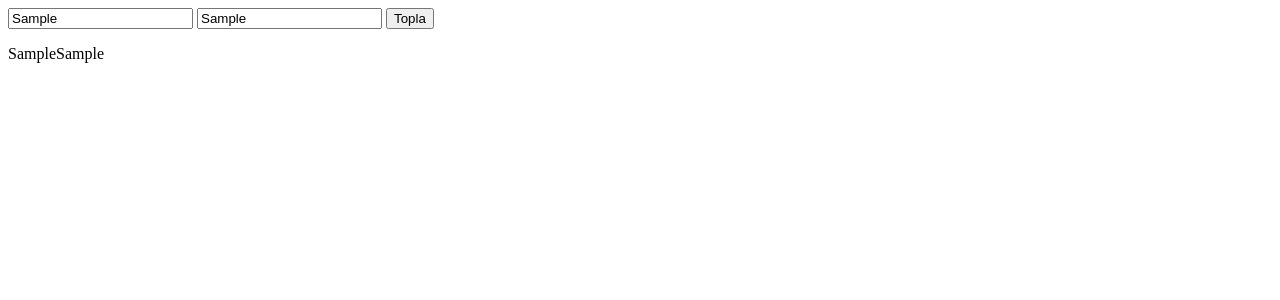
Repository: emrebolukbas/.js-Training-Tobeto
Page: 1-Toplama/public/Toplama.html
An editor plug-in stored every save of this project. The page is shown before and after the next save, followed by the edit.
The browser window is 1280 px wide. The pictures show the whole page.
Empty fields were first filled with sample values (such as "Sample", 5 or name@example.com).
After loading, the first visible `#topla` was clicked once.

Above is the page before, as saved 2023-10-06 21:19:33.

### 1-Toplama/public/Toplama.html
<!DOCTYPE html>
<html>
<head>
	<meta charset="UTF-8">
	<title>1-Toplama 1.0</title>
	<script type="text/javascript" src="Toplama.js"></script>

</head>
<body>
	<input id="input-1" type="text">
	<input id="input-2" type="text">
	<button id="topla" onclick="topla();"> Topla </button>
	<p id="p-1">Sonuçlar burada gösterilir...</p>
</body>
</html>

### 1-Toplama/public/Toplama.js
/**
 *
 */

 function topla () {

	 var birinciSayi = document.getElementById("input-1").value;
	 var ikinciSayi = document.getElementById("input-2").value;
	 var toplam;

	 toplam = birinciSayi  + ikinciSayi;

	 document.getElementById("p-1").innerHTML = toplam


 }

After the next save:
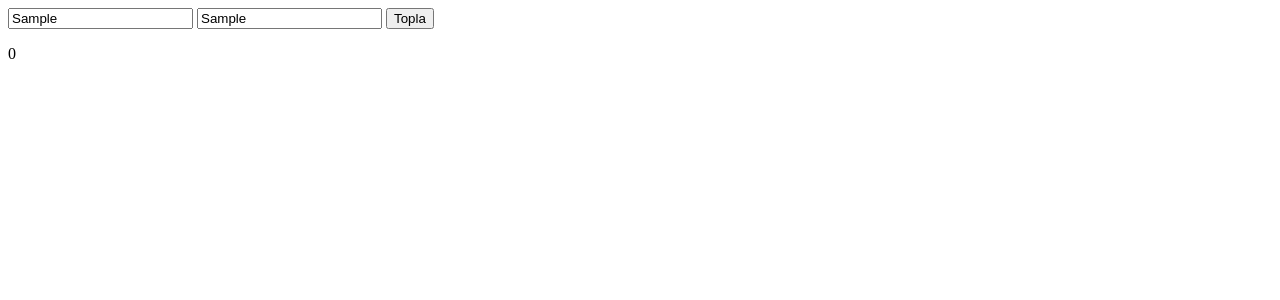
Saved 41 s later.
--- a/1-Toplama/public/Toplama.js
+++ b/1-Toplama/public/Toplama.js
@@ -4,8 +4,8 @@
 
  function topla () {
 
-	 var birinciSayi = document.getElementById("input-1").value;
-	 var ikinciSayi = document.getElementById("input-2").value;
+	 var birinciSayi = ~~document.getElementById("input-1").value;
+	 var ikinciSayi = ~~document.getElementById("input-2").value;
 	 var toplam;
 
 	 toplam = birinciSayi  + ikinciSayi;
